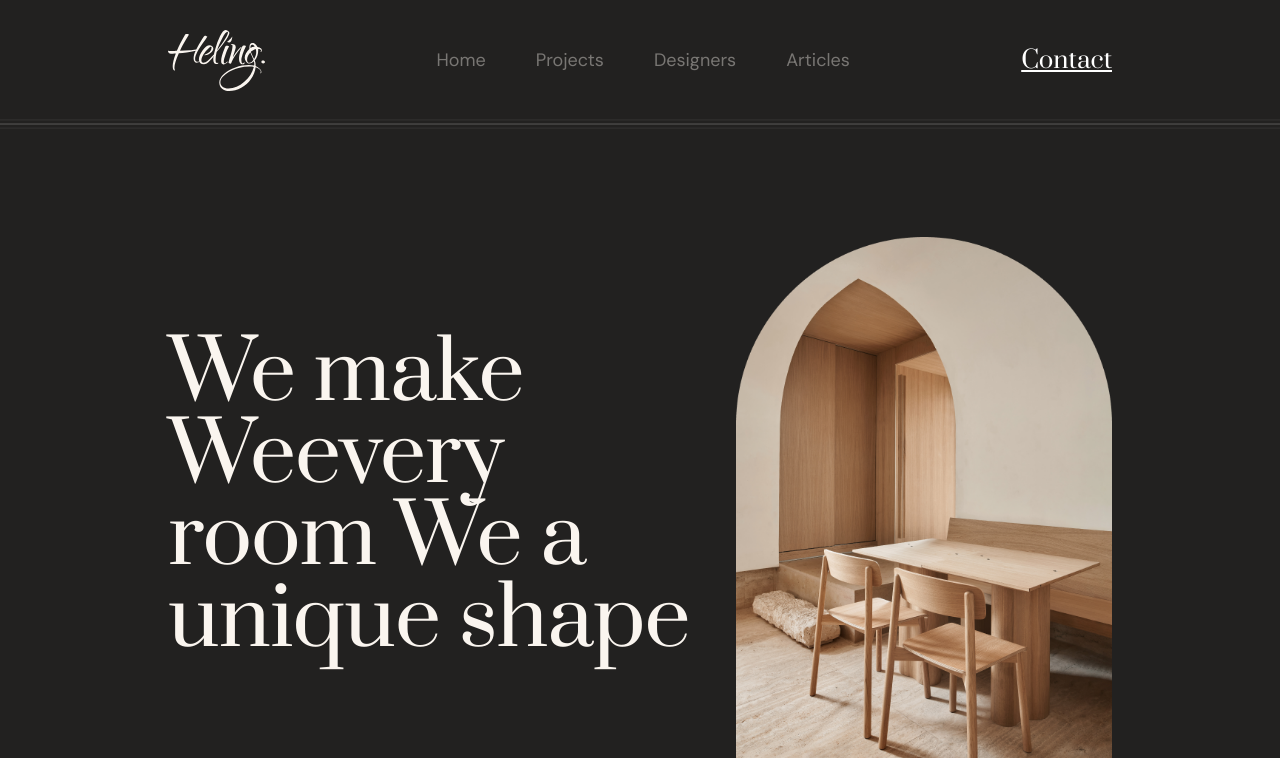
Repository: vandangnhathung/healingui_website
Page: /
These files come from the project's save history. The page is drawn as it stood at one moment and after a run of saves; the edit follows.
The browser window is 1280 px wide. The pictures show the whole page.
The project was rebuilt for these pictures with package versions that can differ from the ones it lists, and the page was loaded fresh each time. Also part of the build but not shown: src/App.css.

Above is the page before, as saved 2022-03-16 13:09:55.

After the next 2 saves:
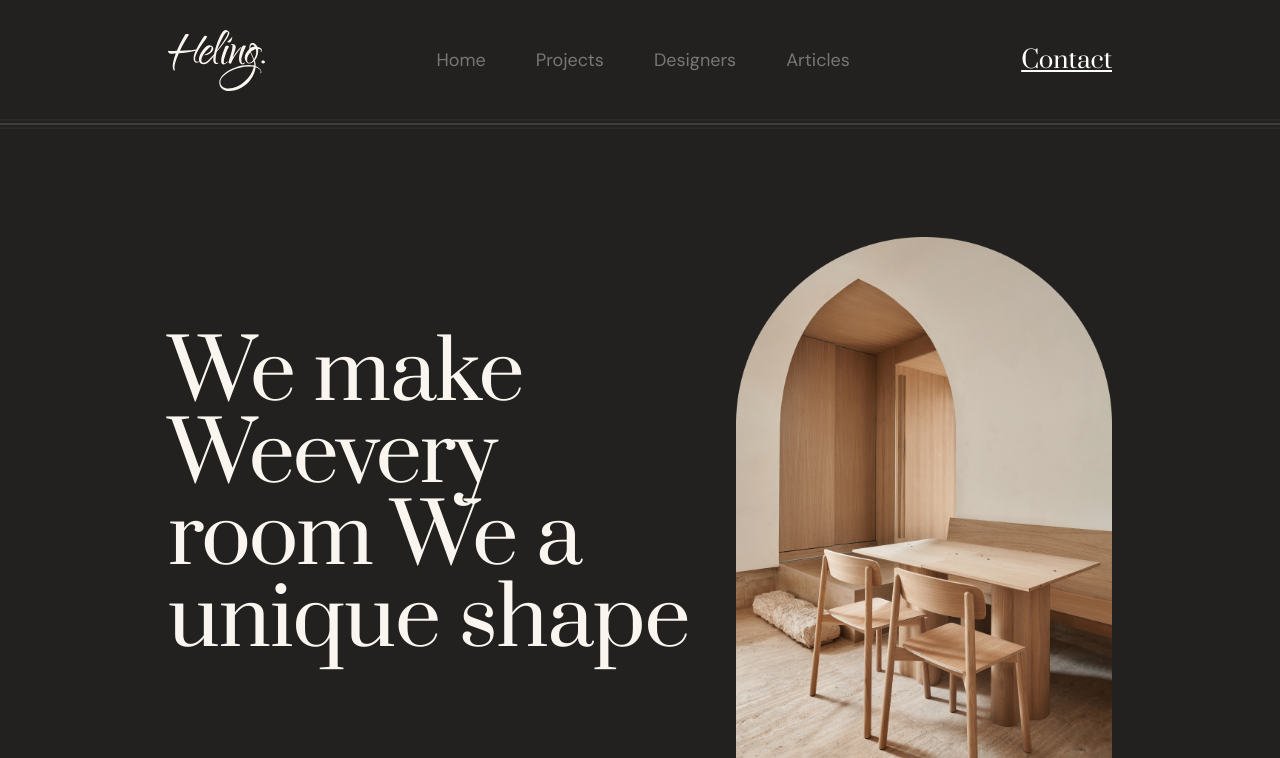
The 2 saves are shown as one change because they came seconds apart.
The last was saved 5 s later.
--- a/src/components/Container/Container.js
+++ b/src/components/Container/Container.js
@@ -33,7 +33,7 @@ const Container = () => {
         <div>
           <Slogan>
             We make{" "}
-            <span>
+            <span className="tracking-tight	">
               <span>We</span>
               <span>every room</span>
             </span>{" "}
